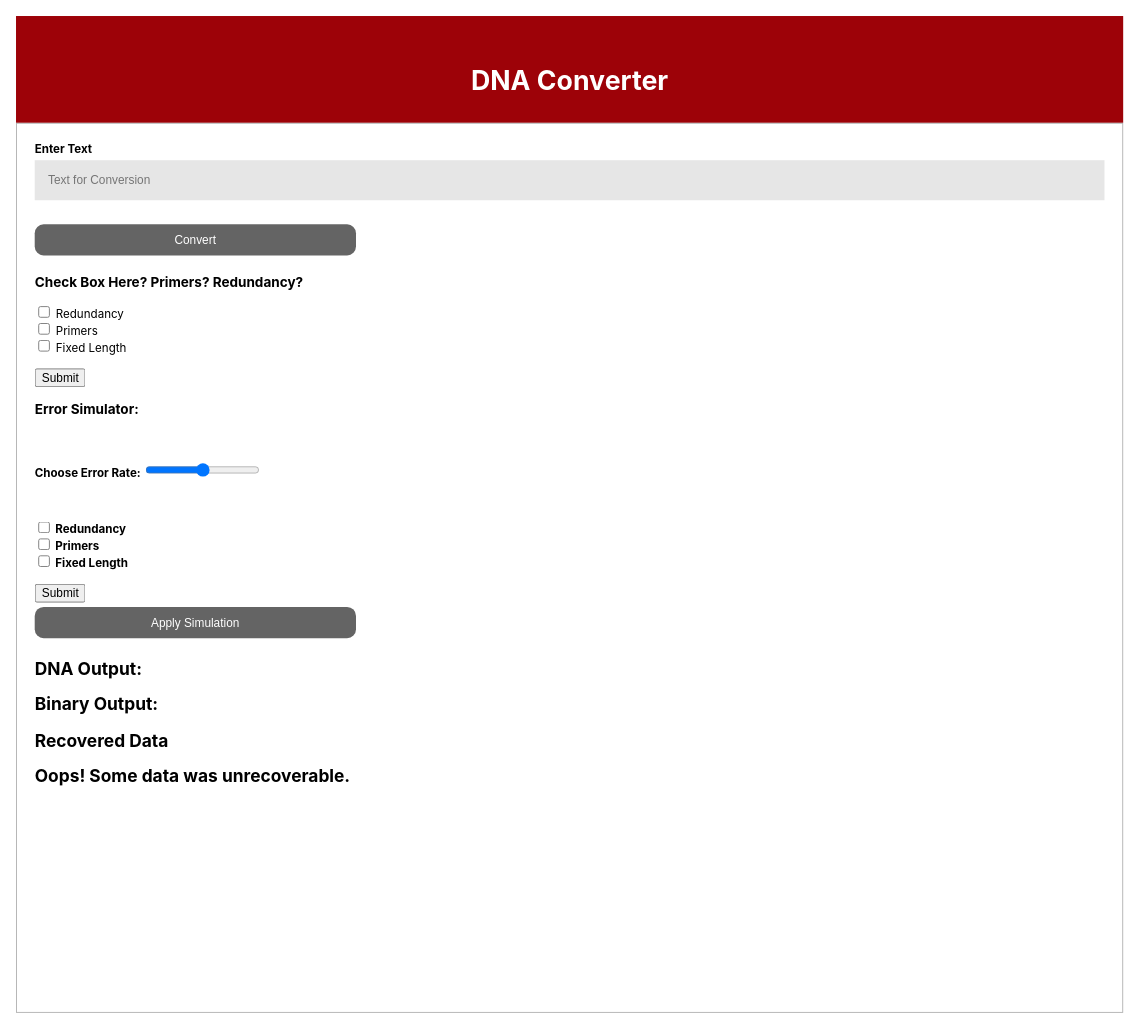
Repository: komalharjani/MSc-Thesis-DNA-Storage
Page: index.html
An editor plug-in stored every save of this project. The page is shown before and after the next save, followed by the edit.
The browser window is 1280 px wide. The pictures show the whole page, at 89% of full size.

Above is the page before, as saved 2020-08-16 22:03:21.

After the next save:
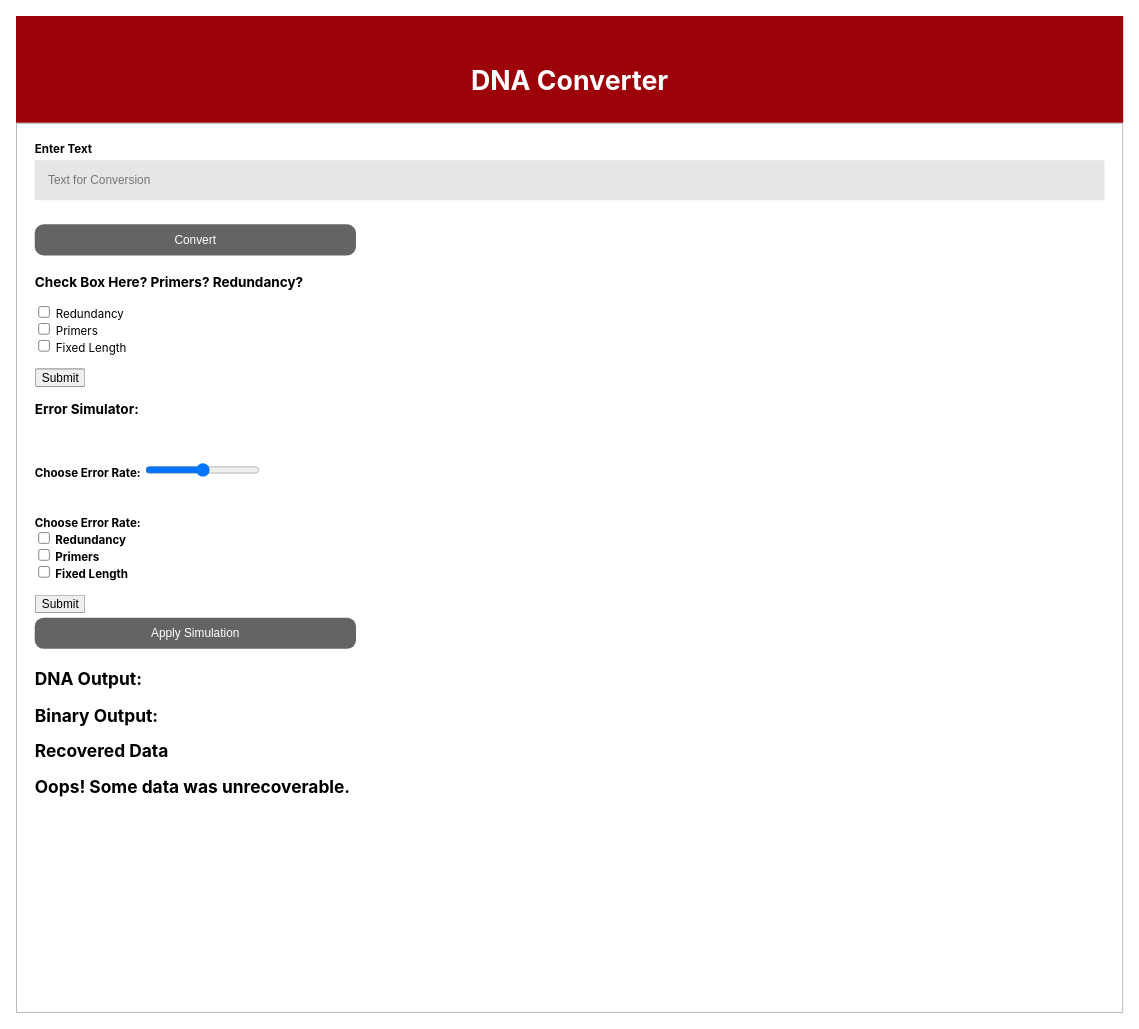
Saved 9 s later.
--- a/index.html
+++ b/index.html
@@ -32,8 +32,9 @@
             <h3>Error Simulator:</h3><br>
 
             <h4>Choose Error Rate:</h4<br>
-            <input type="range" name="rangeInput" min="0" max="10" onchange="updateTextInput(this.value);"><br>
+            <input type="range" name="rangeInput" min="0" max="10" onchange="updateTextInput(this.value);">
             <input type="number" id="textInput" value="" class="range" max="10"><br>
+            <h4>Choose Error Rate:</h4<br>
             <form>
                 <input type="checkbox" id="vehicle1" name="vehicle1" value="Bike">
                 <label for="vehicle1"> Redundancy </label><br>
